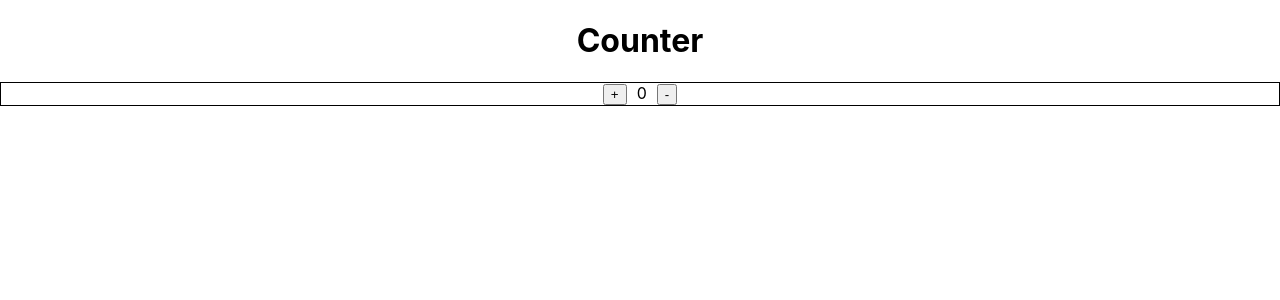
Repository: vsangavi/Redux-Counter
Page: /
An editor plug-in stored every save of this project. The page is shown before and after the next save, followed by the edit.
The browser window is 1280 px wide. The pictures show the whole page.
The project was rebuilt for these pictures with package versions that can differ from the ones it lists, and the page was loaded fresh each time.

Above is the page before, as saved 2020-10-02 16:44:23.

### src/App.js
import React from "react";
import Counter from "./Counter";
import "./App.css";

function App() {
  return (
    <div className="App">
      <Counter />
    </div>
  );
}

export default App;

### src/Counter.js
import React, { Component } from "react";

class Counter extends Component {
  constructor(props) {
    super();
    this.state = {
      count: 0,
    };
  }
  render() {
    const Increment = () => {
      this.setState({
        count: this.state.count + 1,
      });
    };
    const Decrement = () => {
      this.setState({
        count: this.state.count - 1,
      });
    };
    return (
      <div>
        <h1>Counter</h1>
        <div className="outerDiv">
          <button onClick={Increment}>+</button>
          <span>{this.state.count}</span>
          <button onClick={Decrement}>-</button>
        </div>
      </div>
    );
  }
}
export default Counter;

### src/App.css
.App {
  text-align: center;
}
span {
  margin: 10px 10px;
}
.outerDiv {

  border: 1px solid;
}

Loaded but not shown: public/index.html (common file); src/index.js (common file); src/index.css (common file); src/serviceWorker.js (common file)

After the next save:
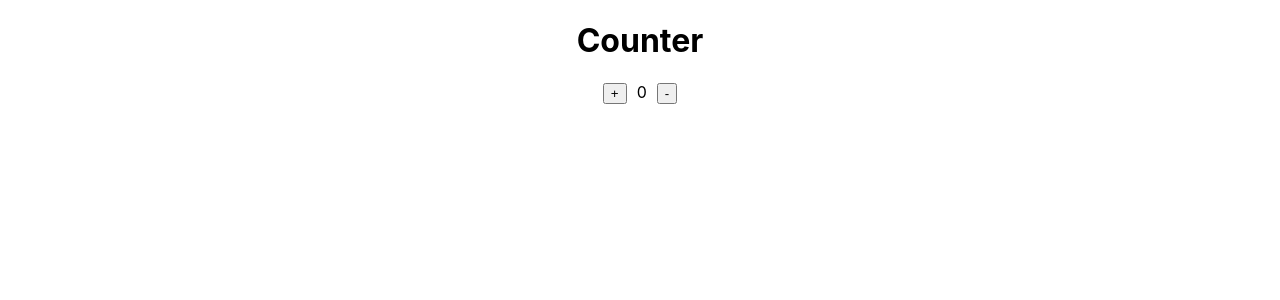
Saved 13 s later.
--- a/src/App.css
+++ b/src/App.css
@@ -5,6 +5,3 @@ span {
   margin: 10px 10px;
 }
 .outerDiv {
-
-  border: 1px solid;
-}
